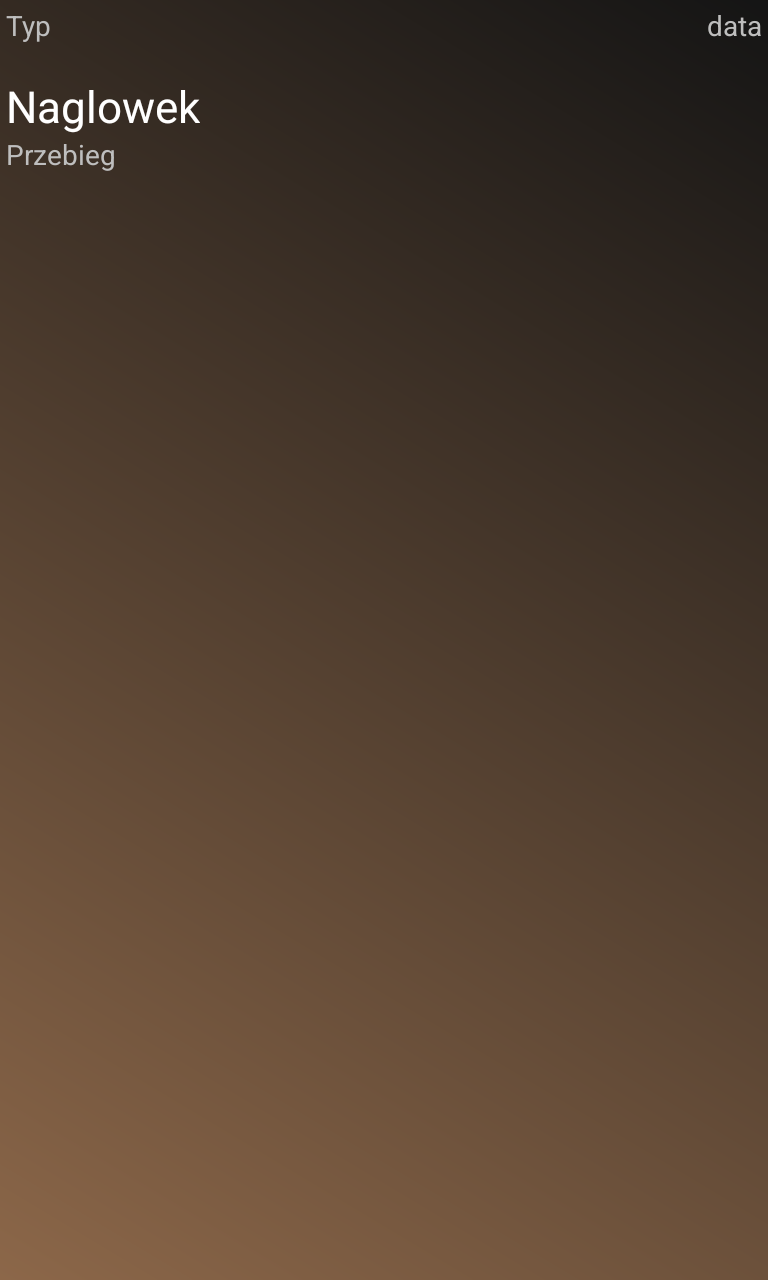
Repository: yoszka/test
Layout: Car_servActivity/res/layout/list_item.xml
An editor plug-in stored every save of this project. The layout is shown before and after the next save, followed by the edit.
It is drawn on a 768 x 1280 px phone screen (xhdpi) without system bars, with theme android:Theme; the app's code is not run.

Above is the layout before, as saved 2012-09-06 20:42:00.

After the next save:
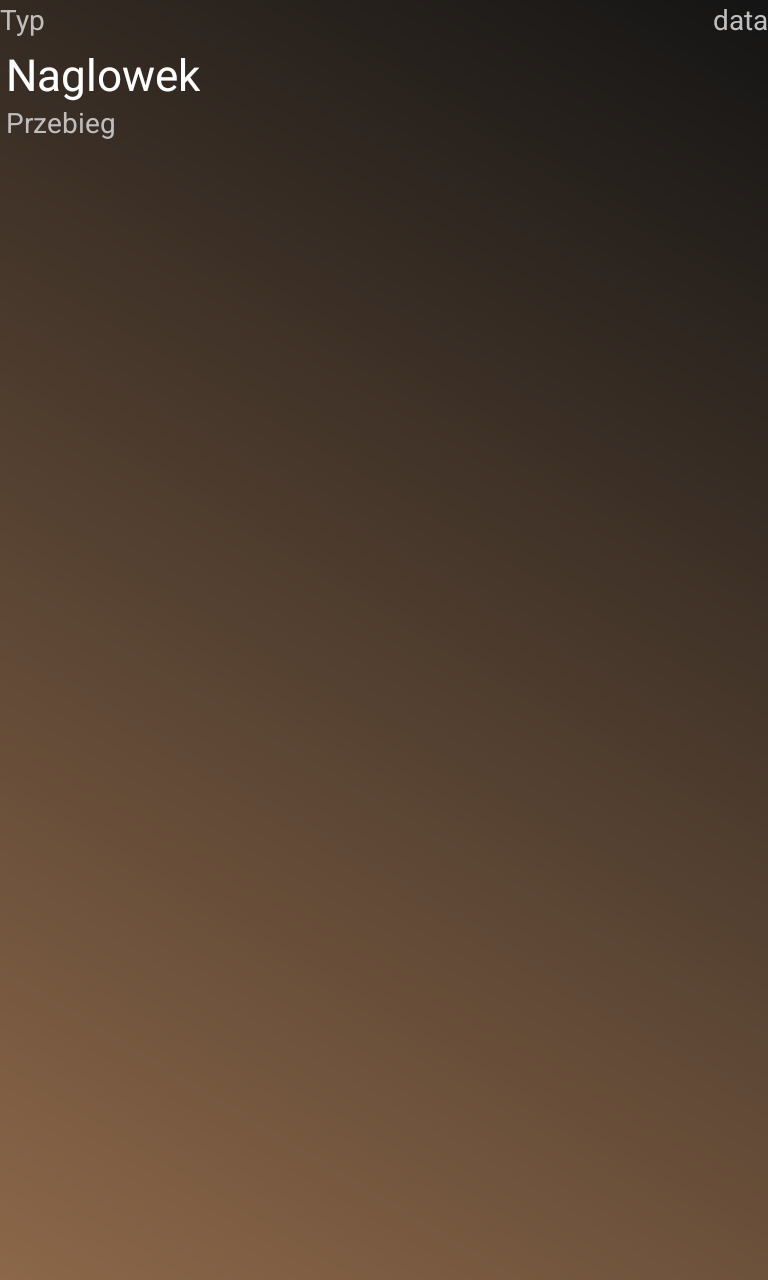
Saved 44 s later.
--- a/Car_servActivity/res/layout/list_item.xml
+++ b/Car_servActivity/res/layout/list_item.xml
@@ -9,14 +9,13 @@
 <LinearLayout xmlns:android="http://schemas.android.com/apk/res/android"
     android:layout_width="match_parent"
     android:layout_height="wrap_content"
-    android:orientation="horizontal"
-    android:padding="3dp">
+    android:orientation="horizontal">
+
 
         <TextView
             android:id="@+id/textViewTyp"
             android:layout_width="wrap_content"
             android:layout_height="wrap_content"
-            android:paddingBottom="10dp"
             android:text="Typ" />
 
         <TextView
